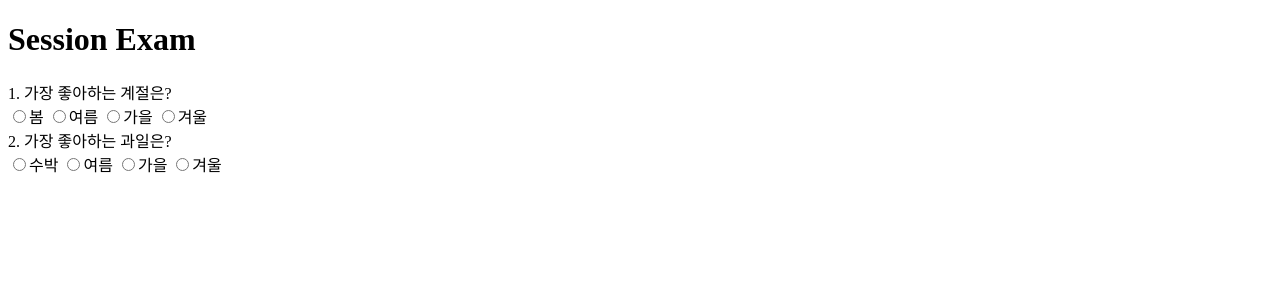
Repository: kimwoongasd/JSPAndServlet
Page: http://localhost/day1222/session1.jsp
An editor plug-in stored every save of this project. The page is shown before and after the next save, followed by the edit.
The browser window is 1280 px wide. The pictures show the whole page.
The page is served by Tomcat 9.

Above is the page before, as saved 2023-12-22 01:38:27.

After the next save:
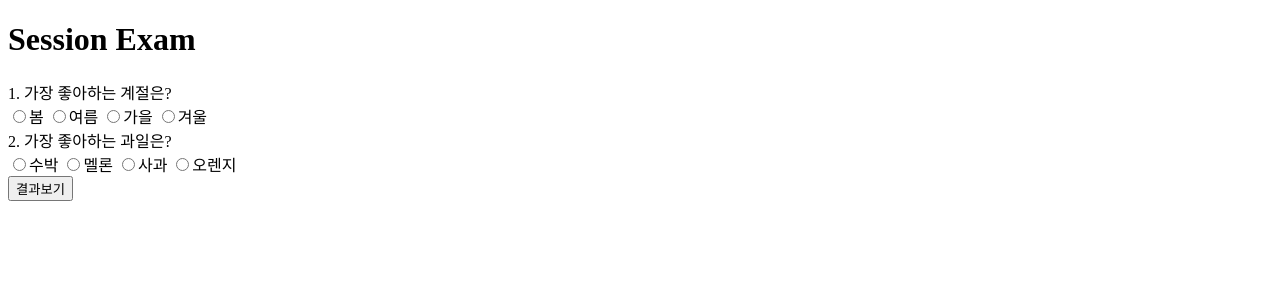
Saved 78 s later.
--- a/day1222/src/main/webapp/session1.jsp
+++ b/day1222/src/main/webapp/session1.jsp
@@ -27,10 +27,12 @@
 		<input type="radio" value="겨울" name="seasion">겨울
 		<br>
 		2. 가장 좋아하는 과일은?<br>
-		<input type="radio" value="watermelon" name="seasion">수박
-		<input type="radio" value="여름" name="seasion">여름
-		<input type="radio" value="가을" name="seasion">가을
-		<input type="radio" value="겨울" name="seasion">겨울
+		<input type="radio" value="watermelon" name="fruit">수박
+		<input type="radio" value="melon" name="fruit">멜론
+		<input type="radio" value="apple" name="fruit">사과
+		<input type="radio" value="orange" name="fruit">오렌지
+		<br>
+		<input type="submit" value="결과보기">
 	</form>
 </body>
 </html>
